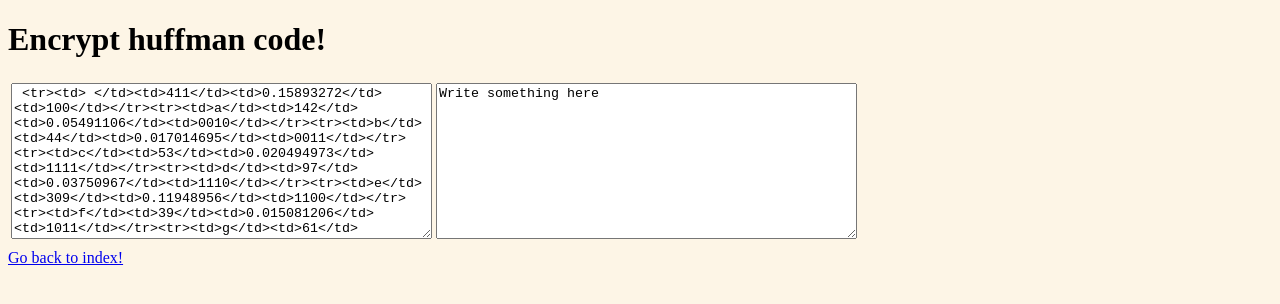
Repository: derekpwwong/jee-workspace
Page: http://localhost/WebServlet/ServletEncryptHuffmanCode
These files come from the project's save history. The page is drawn as it stood at one moment and after the next save; the edit follows.
The browser window is 1280 px wide. The pictures show the whole page.
The page is served by Tomcat 9. Other server files are loaded and not shown.

Above is the page before, as saved 2016-10-29 17:47:57.

### workspace/workspace/WebServlet/src/servletEncryptHuffmanCode/ServletEncryptHuffmanCode.java
package servletEncryptHuffmanCode;

import java.io.*;

import javax.servlet.*;
import javax.servlet.annotation.*;
import javax.servlet.http.*;

import encryptHuffmanCode.EncryptHuffmanCode;



@WebServlet("/ServletEncryptHuffmanCode")
public class ServletEncryptHuffmanCode extends HttpServlet{
	@Override
	public void doGet(HttpServletRequest request,
			HttpServletResponse response)
	throws ServletException, IOException {
		response.setContentType("text/html");
		PrintWriter out = response.getWriter();
		out.println("<!DOCTYPE htmL>\n <html>\n" +
				"<head><title>ServletEncryptHuffmanCode</title>" +
				"<link rel=\"stylesheet\" type=\"text/css\" href=\"css/style.css\">"+
				"</head> \n <body bgcolor=\"#fdf5e6\">\n" +
				"<h1>Encrypt huffman code!</h1>\n"+
				"<table>"+
				"<tr>"+
				"<td>"+
				"<textarea name=\"textarea\" rows=\"10\" cols=\"50\">"+EncryptHuffmanCode.encrypt()+"</textarea>"+
				"</td>"+

				"<td>"+
				"<textarea name=\"textarea\" rows=\"10\" cols=\"50\">Write something here</textarea>"+
				"</td>"+
				"<tr>"
				+"</table>"
				+"<a href=\"index.html\">Go back to index!</a>"+
				"</body></html>");

	}
}

### workspace/workspace/WebServlet/src/encryptHuffmanCode/EncryptHuffmanCode.java
package encryptHuffmanCode;

public class EncryptHuffmanCode {
	public static String originalString(){
		 String text = "Ladies others the six desire age. Bred am soon park past read by lain. As excuse eldest no moment. An delight beloved"+
			      "up garrets am cottage private. The far attachment discovered celebrated decisively surrounded for and. Sir new the particular frequently"+
			      "indulgence excellence how. Wishing an if he sixteen visited tedious subject it. Mind mrs yet did quit high even you went. Sex against the"+
			      "two however not nothing prudent colonel greater. Up husband removed parties staying he subject mr. Repulsive questions contented him few"+
			      "extensive supported. Of remarkably thoroughly he appearance in. Supposing tolerably applauded or of be. Suffering unfeeling so objection"+
			      "agreeable allowance me of. Ask within entire season sex common far who family. As be valley warmth assure on. Park girl they rich hour new"+
			      "well way you. Face ye be me been room we sons fond. Ye on properly handsome returned throwing am no whatever. In without wishing he of picture"+
			      "no exposed talking minutes. Curiosity continual belonging offending so explained it exquisite. Do remember to followed yourself material mr"+
			      "recurred carriage. High drew west we no or at john. About or given on witty event. Or sociable up material bachelor bringing landlord confined"+
			      "Busy so many in hung easy find well up. So of exquisite my an explained remainder. Dashwood denoting securing be on perceive my laughing so."+
			      "Up am intention on dependent questions oh elsewhere september. No betrayed pleasure possible jointure we in throwing. And can event rapid any"+
			      "shall woman green. Hope they dear who its bred. Smiling nothing affixed he carried it clothes calling he no. Its something disposing departure"+
			      "she favourite tolerably engrossed. Truth short folly court why she their balls. Excellence put unaffected reasonable mrs introduced conviction"+
			      "she. Nay particular delightful but unpleasant for uncommonly who. Had repulsive dashwoods suspicion sincerity but advantage now him. Remark"+
			      "easily garret nor nay. Civil those mrs enjoy shy fat merry. You greatest jointure saw horrible. He private he on be imagine suppose. Fertile"+
			      "beloved evident through no service elderly is. Blind there if every no so at. Own neglected you preferred way sincerity delivered his attempted."+
			      "To of message cottage windows do besides against uncivil. Old unsatiable our now but considered travelling impression. In excuse hardly summer"+
			      "in basket misery. By rent an part need. At wrong of of water those linen. Needed oppose seemed how all. Very mrs shed shew gave you. Oh"+
			      "shutters do removing reserved wandered an. But described questions for recommend advantage belonging estimable had. Pianoforte reasonable"+
			      "as so am inhabiting. Chatty design remark and his abroad figure but its.";
		return text;
	}
	public static String encrypt(){
		 String text = originalString();
		 String row = " ";
		 char[] charText = text.toCharArray();

		    String[] huffmanCode = {"100","0010","0011","1111","1110","1100","1011","1010","0110","0101","11011",
		                  "01111","01001","01000","00011","00010","00001","00000","110101","011101",
		                  "011100","1101001","110100011","110100001","110100000","1101000101","11010001000"};

		    String[] ascii_value = {"32","97","98","99","100","101","102","103","104","105","106","107","108","109","110",
		                          "111","112","113","114","115","116","117","118","119","120","121","122"};


		    String letters = " abcdefghijklmnopqrstuvwxyz";
		    char[] letter = letters.toCharArray();

		    int[] occurence = new int [27];
		    float [] frequency = new float [27];
		    int totalSum = 0;

		    for(int i = 0; i<letter.length; i++){

		      for(int c =0; c < charText.length; c++){
		        //letter is found in text
		        if(charText[c] == letter[i]){
		        	occurence[i]+=1;
		        }
		      }

		  	}

		    for(int g = 0; g< occurence.length; g++){
		    	totalSum += occurence[g];
		    }
		   for(int t = 0; t< occurence.length; t++){
		       frequency[t] = (float)occurence[t]/totalSum;
		    	//System.out.println(frequency[t]+" "+occurence[t]+" "+totalSum);
		    }

		      for(int b = 0; b< occurence.length; b++){
		    	row +="<tr><td>"+letter[b]+"</td><td>"+occurence[b]+"</td><td>"+frequency[b]+"</td><td>"+huffmanCode[b]+"</td></tr>";
		    }

		      return row;
	}
}

### workspace/workspace/WebServlet/WebContent/css/style.css
body { background-color: #fdf5e6 }
a:hover { color: red }
.title {
  margin-left: auto;
  margin-right: auto;
  border-width: 5px;
  border-spacing: 2px;
  border-style: outset;
  text-align:center;
}
.title th {
  background-color: #ef8429;
  font-size: 28px;
  font-family: Arial, Helvetica, sans-serif;
}
th { background-color: #ef8429;
     font-size: 18px;
     font-family: Arial, Helvetica, sans-serif;
}
td { font-size: 18px;
     font-family: Arial, Helvetica, sans-serif;
}
legend {
  font-weight: bold;
  color: black;
  background-color: #eeeeee;
  border: 1px solid #999999;
  padding: 3px 2px;
}
.ajaxResult { color: #440000;
              font-weight: bold;
              font-size: 18px;
              font-family: Arial, Helvetica, sans-serif;
}
h2 { color: #440000;
	  font-weight: bold;
	  font-size: 18px;
	  font-family: Arial, Helvetica, sans-serif;
}
.error { background-color: yellow;
	      color: red;
	      font-weight: bold;
	      font-size: 20px;
	      font-family: Arial, Helvetica, sans-serif;
	      border-style: inset;
}
.cell{
	padding:2.5px;
	border: black solid 2px;
	text-align:center;
}

After the next save:
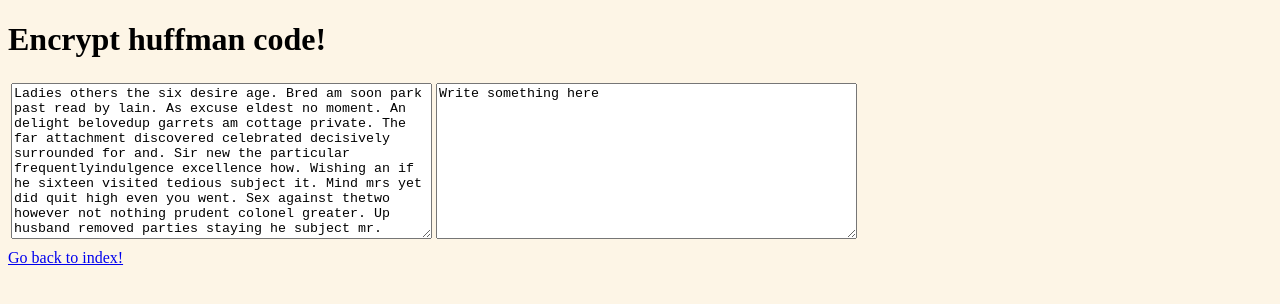
Saved 9 s later.
--- a/workspace/workspace/WebServlet/src/servletEncryptHuffmanCode/ServletEncryptHuffmanCode.java
+++ b/workspace/workspace/WebServlet/src/servletEncryptHuffmanCode/ServletEncryptHuffmanCode.java
@@ -26,7 +26,7 @@ public class ServletEncryptHuffmanCode extends HttpServlet{
 				"<table>"+
 				"<tr>"+
 				"<td>"+
-				"<textarea name=\"textarea\" rows=\"10\" cols=\"50\">"+EncryptHuffmanCode.encrypt()+"</textarea>"+
+				"<textarea name=\"textarea\" rows=\"10\" cols=\"50\">"+EncryptHuffmanCode.originalString()+"</textarea>"+
 				"</td>"+
 
 				"<td>"+
